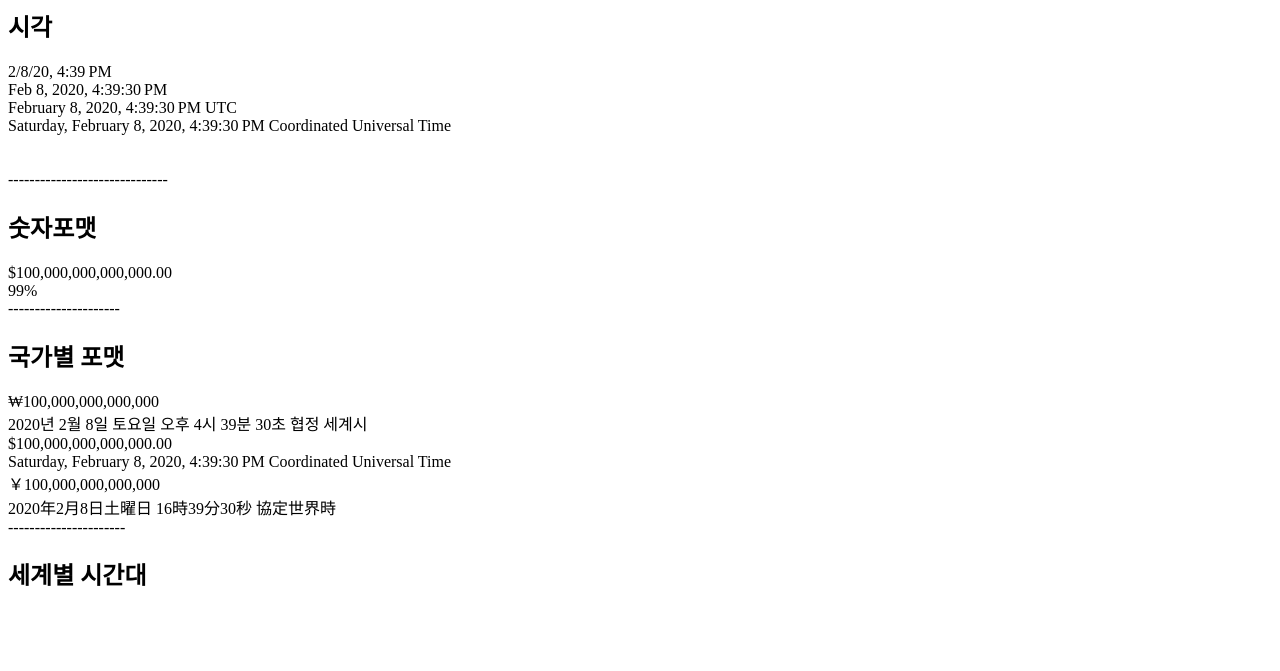
Repository: yejin-yun/server_script_game
Page: http://localhost/JstlPro/format.jsp
These files come from the project's save history. The page is drawn as it stood at one moment and after the next save; the edit follows.
The browser window is 1280 px wide. The pictures show the whole page.
The page is served by Tomcat 9.

Above is the page before, as saved 2020-02-09 07:52:54.

### Servlet_JSP/JstlPro/WebContent/format.jsp
<%@ page language="java" contentType="text/html; charset=UTF-8"
    pageEncoding="UTF-8"%>
<%@ taglib prefix="fmt" uri="http://java.sun.com/jsp/jstl/fmt" %>
<%@ taglib prefix="c" uri="http://java.sun.com/jsp/jstl/core" %>

<html>
<body>
<h2>시각</h2>
<c:set var="date" value="<%= new java.util.Date() %>"></c:set>
<fmt:formatDate value="${date }" type="both" dateStyle="short"
	timeStyle="short"/><br> <!-- value에는 현재시간을 쓰면 됨. -->
<fmt:formatDate value="${date }" type="both" dateStyle="medium"
	timeStyle="medium"/><br>
<fmt:formatDate value="${date }" type="both" dateStyle="long"
	timeStyle="long"/><br>
<fmt:formatDate value="${date }" type="both" dateStyle="full"
	timeStyle="full"/><br>
<br>
<br>
------------------------------
<br>
<h2>숫자포맷</h2>
<fmt:formatNumber value="100000000000000" type="currency" currencySymbol="$" />
<br>
<fmt:formatNumber value="0.99" type="percent" />
<br>
---------------------
<br>
<h2>국가별 포맷</h2>
<!-- 국가별로 지정하려면 지역을 지정하면 됨 로케일을 지정하고 뭔가 데이터를 쓰면 해당 내용이 바뀜
	로케일만 지정해주면 간단히 포맷이 바뀜.
-->
<fmt:setLocale value="ko_kr" />
<fmt:formatNumber value="100000000000000" type="currency" /> <!-- 이번엔 심볼 줄 필요 없음 -->
<br>
<fmt:formatDate value="${date }" type="both" dateStyle="full"
	timeStyle="full"/>
<br>
<fmt:setLocale value="en_us" />
<fmt:formatNumber value="100000000000000" type="currency" /> <!-- 이번엔 심볼 줄 필요 없음 -->
<br>
<fmt:formatDate value="${date }" type="both" dateStyle="full"
	timeStyle="full"/>
<br>
<fmt:setLocale value="ja_jp" />
<fmt:formatNumber value="100000000000000" type="currency" /> <!-- 이번엔 심볼 줄 필요 없음 -->
<br>
<fmt:formatDate value="${date }" type="both" dateStyle="full"
	timeStyle="full"/>
<br>
----------------------
<br>
<h2>세계별 시간대</h2>
</body>
</html>

After the next save:
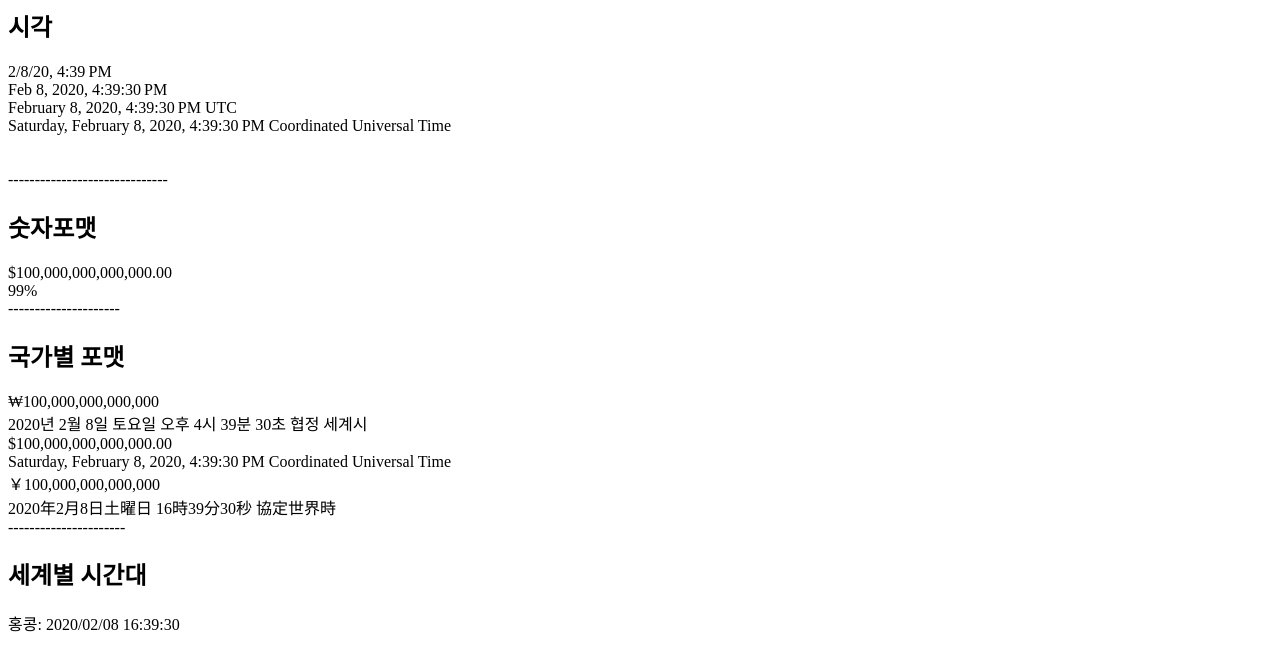
Saved 77 s later.
--- a/Servlet_JSP/JstlPro/WebContent/format.jsp
+++ b/Servlet_JSP/JstlPro/WebContent/format.jsp
@@ -51,5 +51,9 @@
 ----------------------
 <br>
 <h2>세계별 시간대</h2>
+<!-- timeZone하면 시간대를 지정할 수 있음 -->
+<fmt:timeZone value="Asia/Hong_kong">
+	홍콩: <fmt:formatDate value="${date }" type="both" />
+</fmt:timeZone>
 </body>
 </html>
